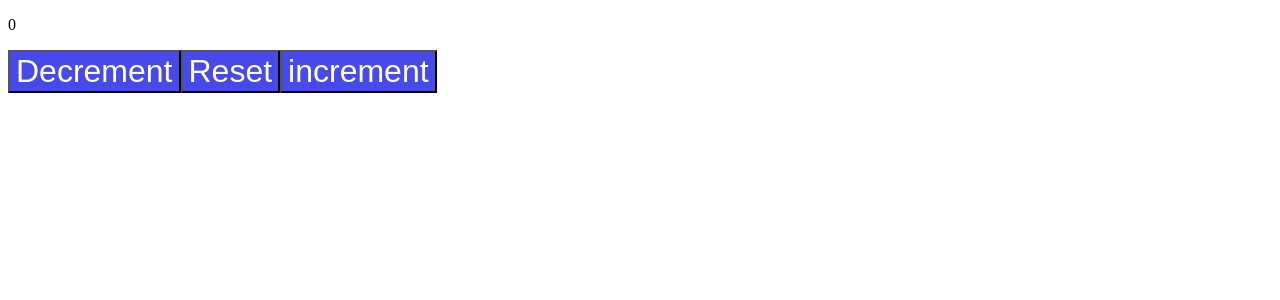
Repository: wakoya-tech/my-react-practice
Page: /
The author's editor kept a copy of each file at every save. The page is drawn from the files as they stood at one save, then again after the next save.
The browser window is 1280 px wide. The pictures show the whole page.
The project was rebuilt for these pictures with package versions that can differ from the ones it lists, and the page was loaded fresh each time. Also part of the build but not shown: vite.config.js.

Above is the page before, as saved 2025-10-02 11:25:11.

### src/index.css
button{
  font-size: 2em;
  background-color: rgb(71, 73, 235);
  text-align: center;
  color: #fff;
  align-items: center;
  justify-items: center;
  justify-content: center;
}

### src/App.jsx
import Counter from './Counter.jsx'
function App(){
  return (
   <Counter/>
  );
}
export default App;

### src/Counter.jsx
import React, { useState } from "react";

function Counter(){
/*    const [name, setName] = useState("Ebisa");
    const [age, setAge] = useState(0);
    const [isEmployed, setIsEmployed] = useState(false);

    const toggleEmployedStatus = () => {
        setIsEmployed(!isEmployed);
    }

    const updateName = () => {
        setName("wako");
    }

    const incrementAge = () => {
        setAge(age + 1);
    }

    return(
    <>
        <p>Name: {name}</p>
        <button onClick={updateName}>Set Name</button>

        <p>Age: {age}</p>
        <button onClick={incrementAge}>Increment Age</button>

        <p>Is employed: {isEmployed ? "Yes" : "No"}</p>
        <button onClick={toggleEmployedStatus}>Toggle Status</button>
    </>
    )*/
   return(<>
   <p>0</p>
   <button>Decrement</button>
   <button>Reset</button>
   <button>increment</button>

   </>);
}


export default Counter;

Loaded but not shown: index.html (common file); src/main.jsx (common file)

After the next save:
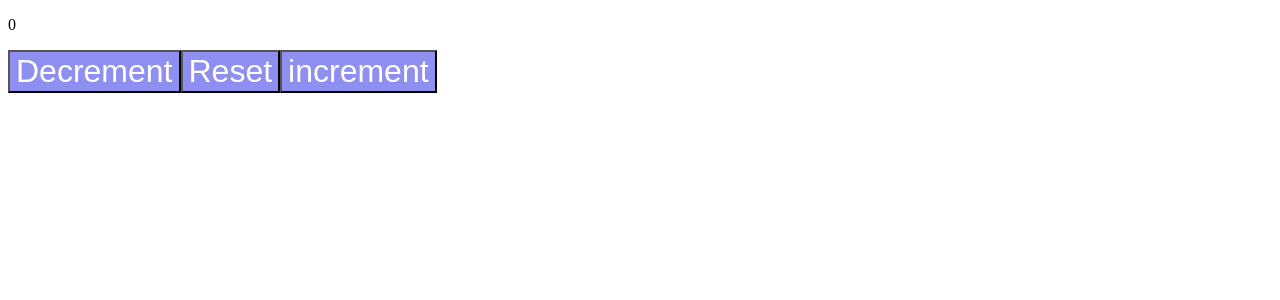
Saved 28 s later.
--- a/src/index.css
+++ b/src/index.css
@@ -1,6 +1,6 @@
 button{
   font-size: 2em;
-  background-color: rgb(71, 73, 235);
+  background-color: rgb(142, 143, 241);
   text-align: center;
   color: #fff;
   align-items: center;
